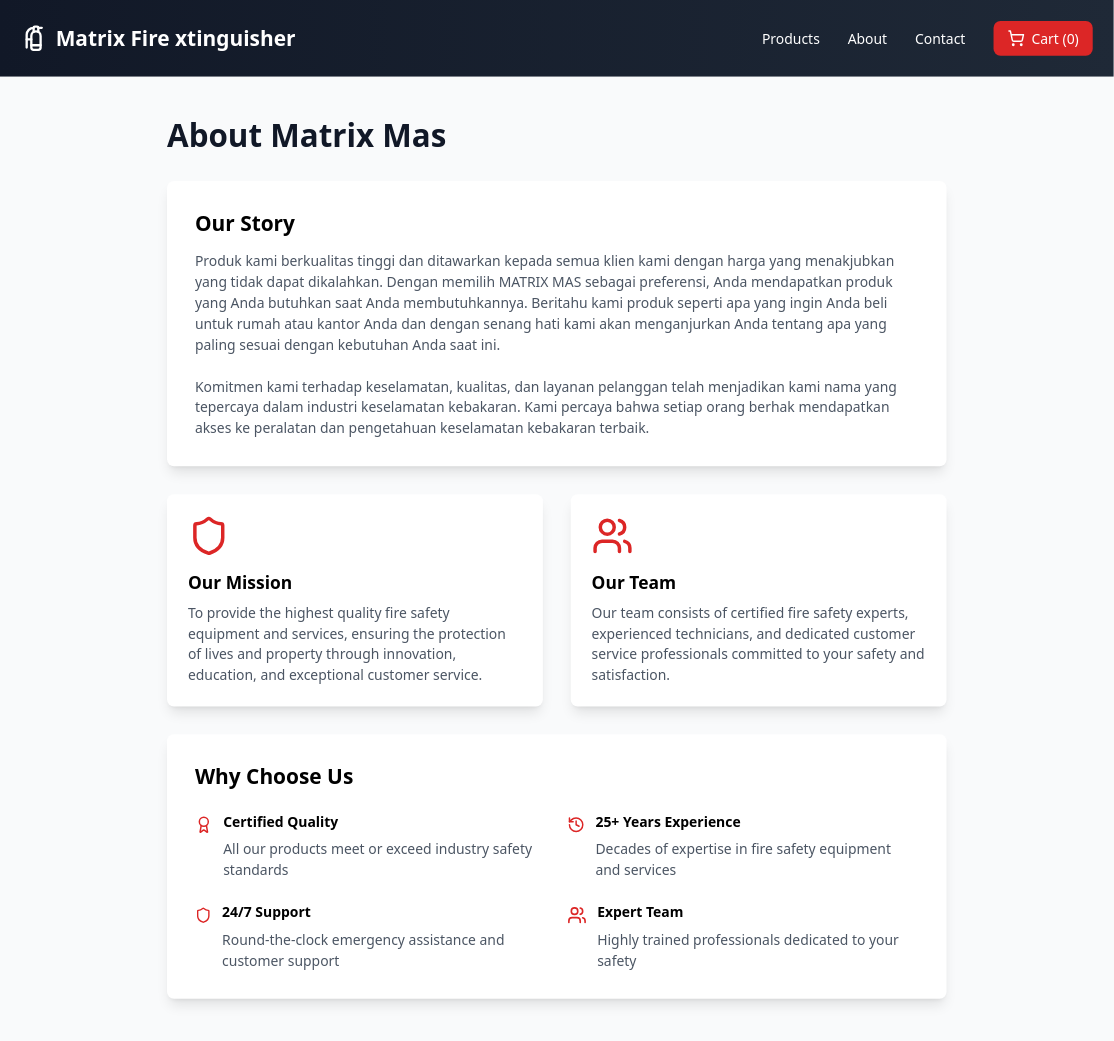
Repository: matrixmas/matrixmas.github.io
Page: /about
An editor plug-in stored every save of this project. The page is shown before and after the next save, followed by the edit.
The browser window is 1280 px wide. The pictures show the whole page, at 87% of full size.
The project was rebuilt for these pictures with package versions that can differ from the ones it lists, and the page was loaded fresh each time. Also part of the build but not shown: vite.config.ts, src/pages/Home.tsx, src/pages/Products.tsx, src/pages/ProductDetail.tsx, src/pages/Contact.tsx.

Above is the page before, as saved 2025-02-04 14:16:30.

After the next save:
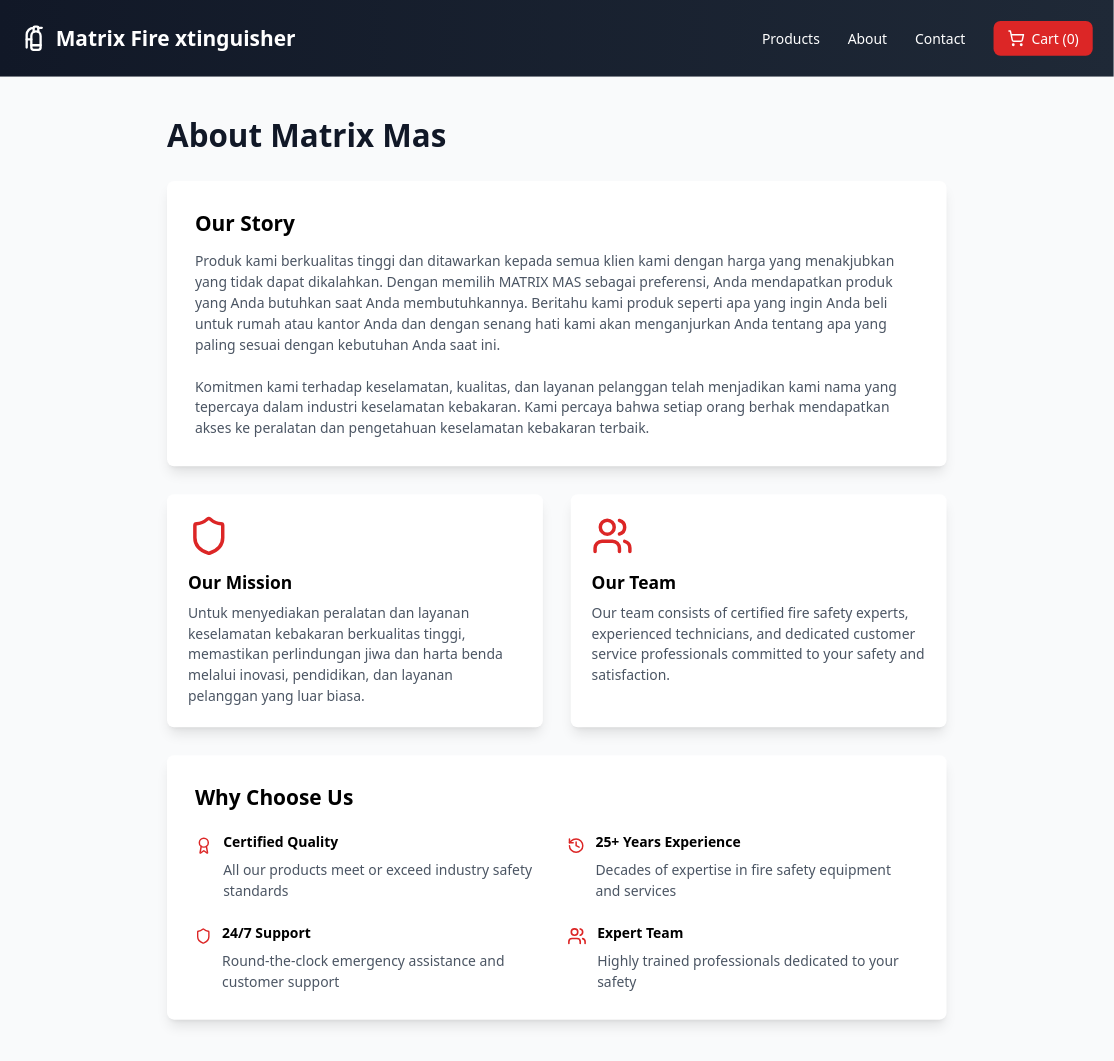
Saved 22 s later.
--- a/src/pages/About.tsx
+++ b/src/pages/About.tsx
@@ -27,8 +27,7 @@
                 <Shield className="h-12 w-12 text-red-600 mb-4" />
                 <h3 className="text-xl font-bold mb-2">Our Mission</h3>
                 <p className="text-gray-600">
-                  To provide the highest quality fire safety equipment and services, ensuring the protection
-                  of lives and property through innovation, education, and exceptional customer service.
+                Untuk menyediakan peralatan dan layanan keselamatan kebakaran berkualitas tinggi, memastikan perlindungan jiwa dan harta benda melalui inovasi, pendidikan, dan layanan pelanggan yang luar biasa.
                 </p>
               </div>
 
